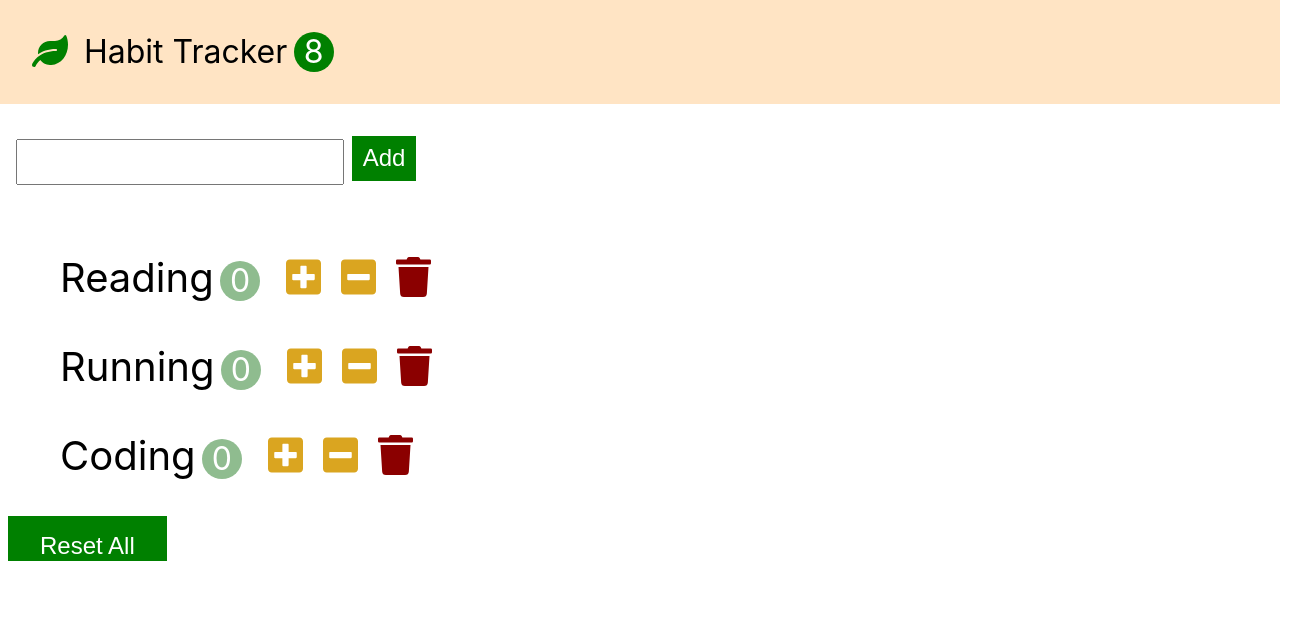
Repository: keehoonjung/react-habit-tracker
Page: / (app in react/habit-tracker/)
An editor plug-in stored every save of this project. The page is shown before and after the next save, followed by the edit.
The browser window is 1280 px wide. The page is 1312 px wide, so the pictures cover 1312 px, including what lies to the right of the window. The pictures show the whole page.
The project was rebuilt for these pictures with package versions that can differ from the ones it lists, and the page was loaded fresh each time.

Above is the page before, as saved 2021-08-30 18:40:48.

After the next save:
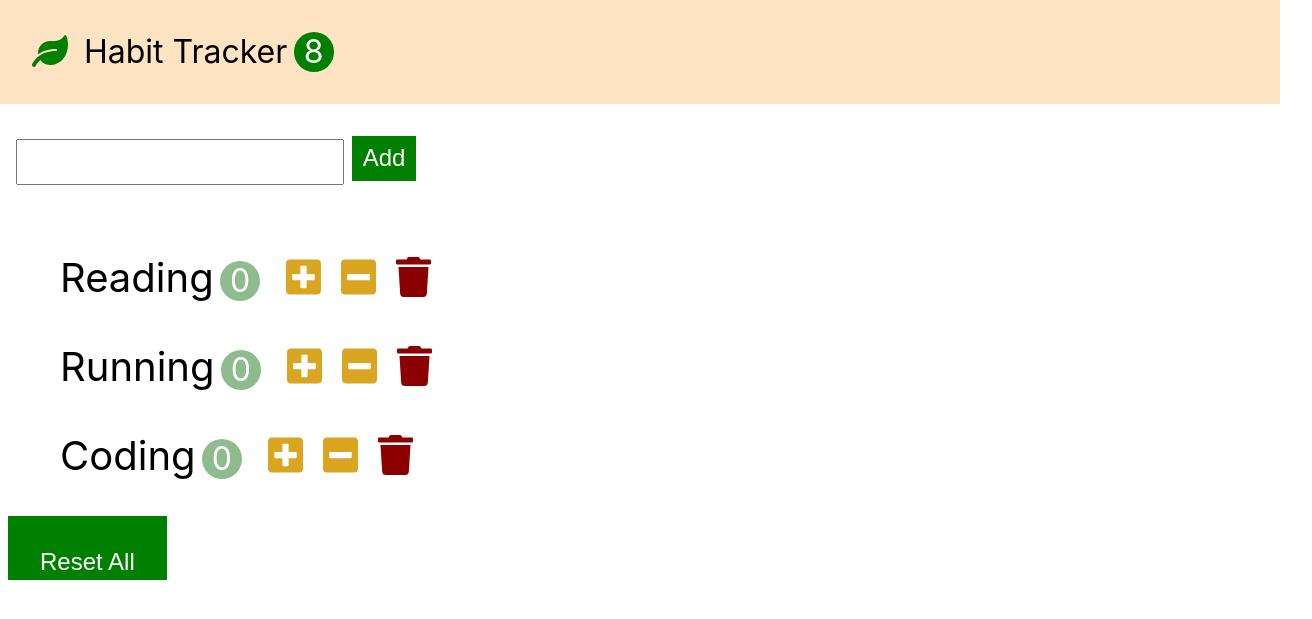
Saved 7 s later.
--- a/react/habit-tracker/src/app.css
+++ b/react/habit-tracker/src/app.css
@@ -90,7 +90,7 @@ button {
 .reset-button {
   font-size: 1.5rem;
   height: 2.8rem;
-  padding: 1rem 2rem;
+  padding: 2rem;
   margin-left: 0.5rem;
   background-color: green;
   color: white;
